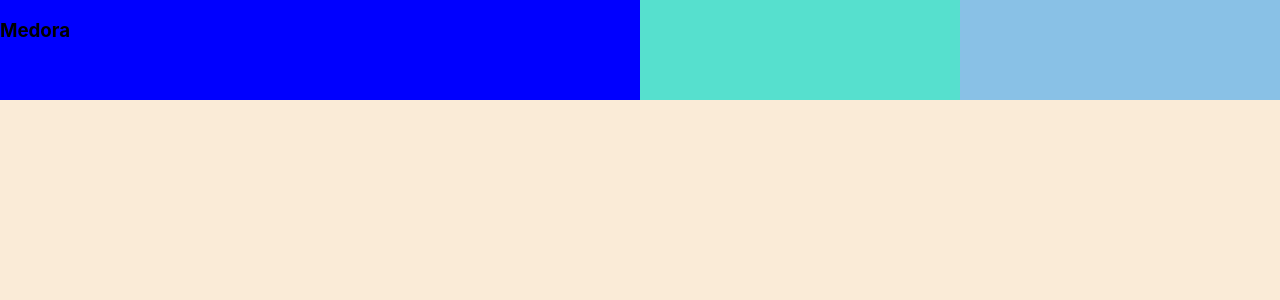
Repository: SbuKhoza/medora
Page: /
The author's editor kept a copy of each file at every save. The page is drawn from the files as they stood at one save, then again after a run of saves.
The browser window is 1280 px wide. The pictures show the whole page.
The project was rebuilt for these pictures with package versions that can differ from the ones it lists, and the page was loaded fresh each time.

Above is the page before, as saved 2024-07-09 13:39:42.

### src/App.js

import './App.css';

function App() {
  return (

   <div className='container'>


    <div className='navleft'>
      <h3 className='icon'>Medora</h3>

    </div>

    <div className='navcenter'>

    </div>

    <div className='navright'>

    </div>

  </div>
  );
}

export default App;

### src/App.css
body {
  background-color: antiquewhite;
}

.container {
  display: flex;
  height: 100vh;
}

.navleft {
  display: flex;
  width: 50%;
  height:100px;
  background-color: blue;
}

.navcenter {
  display: flex;
  width: 25%;
  height:100px;
  background-color: rgb(86, 224, 206);
}

.navright {
  display: flex;
  width: 25%;
  height:100px;
  background-color: rgb(137, 193, 230);
}

.icon {
  marg
}

Loaded but not shown: public/index.html (common file); src/index.js (common file); src/index.css (common file); src/reportWebVitals.js (common file)

After the next 3 saves:
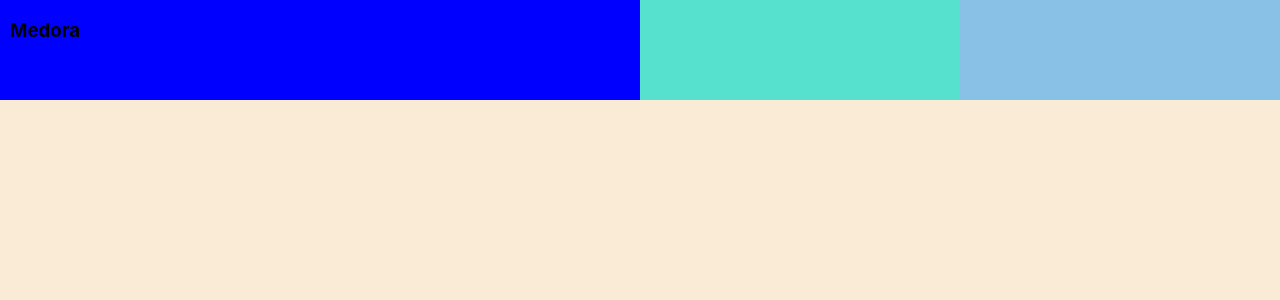
The 3 saves are shown as one change because they came seconds apart.
The last was saved 9 s later.
--- a/src/App.css
+++ b/src/App.css
@@ -29,5 +29,5 @@
 }
 
 .icon {
-  marg
+  margin-left: 10px;
 }

After the 2 saves that followed:
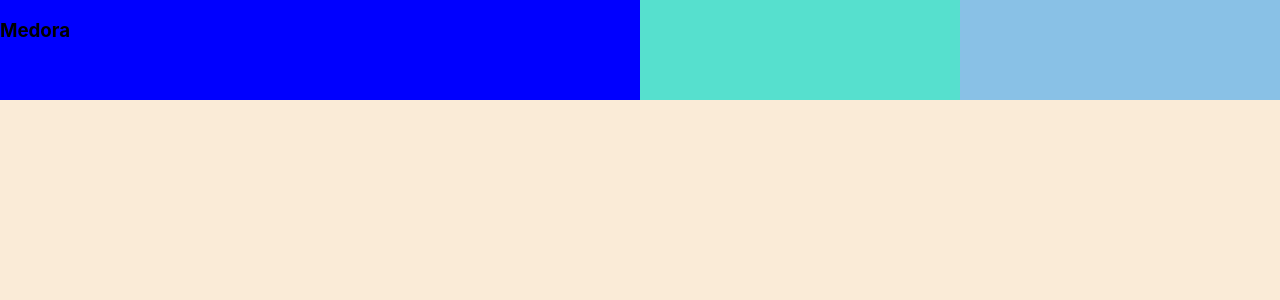
The 2 saves are shown as one change because 1 left the picture as it was.
The last was saved 24 s later.
--- a/src/App.css
+++ b/src/App.css
@@ -29,5 +29,6 @@
 }
 
 .icon {
-  margin-left: 10px;
+  margin-left: 1
+
 }
